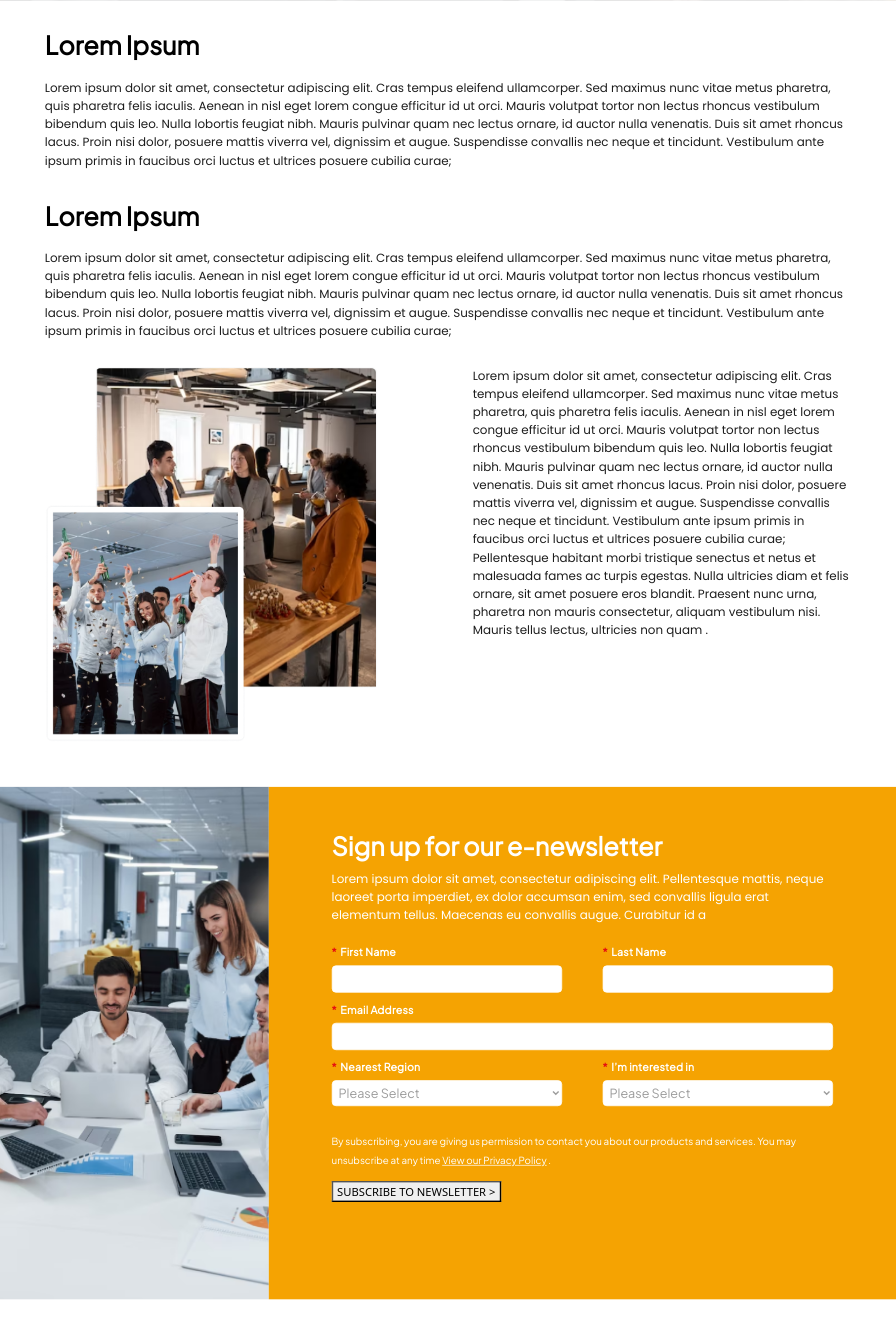
Repository: Akash8377/Hospitality-website
Page: /about-us
These files come from the project's save history. The page is drawn as it stood at one moment and after the next save; the edit follows.
The browser window is 1280 px wide. The pictures show the part of the page from y = 683 to 2603 px (the page is 2603 px tall), at 70% of full size.
Some web libraries are served in a nearby version. The project was rebuilt for these pictures with package versions that can differ from the ones it lists, and the page was loaded fresh each time. Also part of the build but not shown: src/Component/Partial/heading-cont.js, src/Component/Shared/about-us.js, src/Component/Shared/Banner.js, src/Component/Shared/popular-jobs.js, src/Component/Sliders/ServiceSlider.js, src/Component/Sliders/ReviewSlider.js, src/Component/Partial/index-banner.js, src/Component/Partial/index-buisness-banner.js and 2 more.

Above is the page before, as saved 2023-07-07 12:18:34.

### public/index.html
<!-- @format -->

<!DOCTYPE html>
<html lang="en">
  <head>
    <meta charset="utf-8" />
    <link rel="icon" href="%PUBLIC_URL%/favicon.ico" />
    <meta name="viewport" content="width=device-width, initial-scale=1" />
    <meta name="theme-color" content="#000000" />
    <meta
      name="description"
      content="Web site created using create-react-app"
    />
    <link rel="apple-touch-icon" href="%PUBLIC_URL%/logo192.png" />
    <link rel="manifest" href="%PUBLIC_URL%/manifest.json" />

    <link rel="preconnect" href="https://fonts.googleapis.com" />
    <link rel="preconnect" href="https://fonts.gstatic.com" crossorigin />
    <link href="https://fonts.googleapis.com/css2?family=Plus+Jakarta+Sans&family=Poppins&display=swap" rel="stylesheet">
    <title>React App</title>
  </head>
  <body>
    <noscript>You need to enable JavaScript to run this app.</noscript>
    <div id="root"></div>
  </body>
  <script src="https://kit.fontawesome.com/b533b351e4.js" crossorigin="anonymous"></script>
</html>

### src/index.css
/** @format */

body {
  margin: 0;
  padding: 0;
  font-family: -apple-system, BlinkMacSystemFont, "Segoe UI", "Roboto", "Oxygen",
    "Ubuntu", "Cantarell", "Fira Sans", "Droid Sans", "Helvetica Neue",
    sans-serif;
  -webkit-font-smoothing: antialiased;
  -moz-osx-font-smoothing: grayscale;
}

code {
  font-family: source-code-pro, Menlo, Monaco, Consolas, "Courier New",
    monospace;
}

### src/App.js
import React from 'react'
import {  BrowserRouter  , Route , Routes } from 'react-router-dom'
import HomePage from './Pages/HomePage'



// Css
import './Css/Navbar.css'
import './Css/Lap.css'
import AboutUs from './Pages/AboutUs'
const App = () => {
  return (
    <>
      <BrowserRouter>
        <Routes>
            <Route path='/' element={<HomePage />} />
            <Route path='/about-us' element={<AboutUs />} />
        </Routes>
      </BrowserRouter>
    </>
  )
}

export default App

### src/Css/Navbar.css
/** @format */

.Navbar {
  display: flex;
  justify-content: space-evenly;
  box-shadow: 0px 10px 30px 0px rgba(0, 0, 0, 0.25);
  background-color: #033c59;
  padding: 20px;
  align-items: center;
}
.Navbar .main {
  width: 15%;
  text-align: center;
}
.Navbar .main a {
  text-decoration: none;
  color: #fff;
  font-size: 20px;
  font-family: Plus Jakarta Sans;
  font-style: normal;
  font-weight: 400;
  line-height: 24px;
  letter-spacing: 1px;
  margin: 0;
}

.Navbar .main img {
  display: block;
  margin: auto;
  max-width: 100%;
}
.Navbar .main div {
  border-radius: 24px;
  border: 1px solid #f3f4f6;
  background: #eee;
  padding: 8px;
  display: flex;
  justify-content: space-between;
  padding-left: 10px;
  padding-right: 10px;
}
.Navbar .main div input {
  border: none;
  background-color: transparent;
  outline: none;
  color: #6b7280;
  font-size: 14px;
  font-family: Plus Jakarta Sans;
  font-style: normal;
  font-weight: 400;
  line-height: normal;
  width: 80%;
}
.Navbar .main button {
  border-radius: 8px;
  background: #f5a302;
  width: 120px;
  padding: 10px;
  color: #fff;
  text-align: center;
  font-size: 16px;
  font-family: Plus Jakarta Sans;
  font-style: normal;
  font-weight: 800;
  line-height: normal;
  outline: none;
  border: 1px solid #f5a302;
}

.Navbar .main a:focus{
    font-weight: 700;
}

### src/Css/Lap.css
/** @format */

/* Home Page Banner */
.Banner {
  min-height: 600px;
  max-height: 800px;
  width: 100%;
  background-image: url("../../public/Image/1.png");
  background-size: cover;
  background-repeat: no-repeat;
  position: relative;
}
.Banner h2 {
  color: #fff;
  text-align: center;
  font-size: 60px;
  font-family: Plus Jakarta Sans;
  font-style: normal;
  font-weight: 700;
  line-height: 90px;
}
.Banner p {
  color: rgba(255, 255, 255, 0.7);
  text-align: center;
  font-size: 17px;
  font-family: Plus Jakarta Sans;
  font-style: normal;
  font-weight: 400;
  line-height: 28px;
}

.Banner .two_button {
  display: flex;
  justify-content: center;
  gap: 20px;
}
.Banner .two_button button {
  border-radius: 10px;
  background: #033c59;
  border: 1px solid #033c59;
  box-shadow: 0px 0px 3px 0px rgba(60, 72, 88, 0.15);
  width: 457px;
  color: #fff;
  height: 92px;
  color: #fff;
  font-size: 28px;
  font-family: Plus Jakarta Sans;
  font-style: normal;
  font-weight: 700;
  line-height: normal;
  display: flex;
  justify-content: center;
  align-items: center;
  gap: 20px;
}

.Banner .Bottom_Button {
  border-radius: 10px;
  background: #f5a302;
  box-shadow: 0px 0px 3px 0px rgba(60, 72, 88, 0.15);
  color: #fff;
  text-align: center;
  font-size: 28px;
  font-family: Plus Jakarta Sans;
  font-style: normal;
  font-weight: 700;
  border: 1px solid #f5a302;
  height: 92px;
  width: 666px;
  display: flex;
  justify-content: center;
  align-items: center;
  gap: 20px;
  margin: auto;
  margin-top: 20px;
}

.Banner .content {
  position: absolute;
  top: 50%;
  left: 50%;
  transform: translate(-50%, -50%);
}

/* -------------------------- */

/* Home Page About us Section */
.Three_Div {
  display: flex;
  justify-content: space-evenly;
  gap: 20px;
  flex-wrap: wrap;
  margin-top: 2%;
  padding: 20px;
}
.Three_Div .Item {
  width: 357.126px;
}
.Three_Div .Item .upper {
  width: 100%;
  height: 381.393px;
  position: relative;
  background-image: url("../../public/Image/2.png");
}
.Three_Div .Item .upper .head {
  color: #fff;
  text-align: center;
  font-size: 36px;
  font-family: Plus Jakarta Sans;
  font-style: normal;
  font-weight: 600;
  max-width: 100%;
  width: 100%;
  margin: auto;
  position: absolute;
  bottom: 30px;
  left: 50%;
  transform: translate(-50%);
}
.Three_Div .Item .desc {
  color: #1d1d1d;
  text-align: center;
  font-size: 14px;
  font-family: Poppins;
  font-style: normal;
  font-weight: 400;
  line-height: normal;
  margin-top: 20px;
}
.Three_Div .Item button {
  border-radius: 6px;
  border: 1px solid #f5a302;
  background: #fef6e6;
  padding: 5px 21.02px 5px 21px;
  display: block;
  margin: auto;
  color: #f5a302;
  text-align: center;
  font-size: 15px;
  font-family: Plus Jakarta Sans;
  font-style: normal;
  font-weight: 600;
  line-height: 28px;
  letter-spacing: 0.375px;
}

/* Home Page Heading Container*/
.Center_Heading {
  margin-top: 5%;
}
.Center_Heading h5 {
  color: #161c2d;
  text-align: center;
  font-size: 36px;
  font-family: Plus Jakarta Sans;
  font-style: normal;
  font-weight: 600;
  line-height: 39px;
}
.Center_Heading .desc {
  color: #1d1d1d;
  text-align: center;
  font-size: 14px;
  font-family: Poppins;
  font-style: normal;
  font-weight: 400;
  line-height: normal;
  max-width: 600px;
  margin: auto;
}

/* Home Page Popular Jobs */
.Popular_Jobs {
  padding: 20px;
}
.Popular_Jobs table {
  table-layout: fixed;
  width: 90%;
  margin: auto;
  text-align: center;
}
.Popular_Jobs table tbody td .flex-cont {
  display: flex;
  gap: 5px;
  justify-content: center;
  align-items: center;
}

.Popular_Jobs table tbody tr {
  margin-top: 30px 0 !important;
  border-radius: 4px;
  background: rgba(255, 255, 255, 0);
  box-shadow: 0px 0px 3px 0px rgba(60, 72, 88, 0.15);
  border: 1px solid rgba(255, 255, 255, 0);
}
.Popular_Jobs table tbody tr td {
  padding: 10px;
}
.Popular_Jobs table tbody td .flex-cont p {
  color: #161c2d;
  font-size: 17px;
  font-family: Plus Jakarta Sans;
  font-style: normal;
  font-weight: 600;
  line-height: 28px;
  margin: 0;
}
.Popular_Jobs table tbody td .flex-cont button {
  border-radius: 6px;
  border: 1px solid #005479;
  background: #005479;
  color: #fff;
  text-align: center;
  font-size: 15px;
  font-family: Plus Jakarta Sans;
  font-style: normal;
  font-weight: 600;
  line-height: 28px;
  letter-spacing: 0.375px;
}
.Popular_Jobs table tbody td .flex-cont i {
  color: #005479;
  width: 40px;
  height: 40px;
  border: 1px solid #005479;
  text-align: center;
  border-radius: 100%;
  background-color: rgba(3, 0, 129, 0.05);
  padding: 10px;
}
.Popular_Jobs table tbody td .flex-vertical-cont {
  display: flex;
  flex-direction: column;
}
.Popular_Jobs table tbody td .flex-vertical-cont p {
  margin: 0;
  color: #161c2d;
  font-size: 15px;
  font-family: Plus Jakarta Sans;
  font-style: normal;
  font-weight: 700;
  line-height: 28px;
}
.Popular_Jobs table tbody td .flex-vertical-cont select {
  border-radius: 6px;
  border: 1px solid #777;
  background: #eee;
  width: 164px;
  margin: auto;
  outline: none;
  color: #777;
  font-size: 14px;
  font-family: Plus Jakarta Sans;
  font-style: normal;
  font-weight: 400;
  line-height: 20px;
}
.Popular_Jobs table tbody td .flex-vertical-cont div {
  display: flex;
  gap: 5px;
  align-items: center;
  justify-content: center;
}
.Popular_Jobs table tbody td .flex-vertical-cont div p {
  color: #94a3b8;
  font-size: 15px;
  font-family: Plus Jakarta Sans;
  font-style: normal;
  font-weight: 400;
  line-height: 28px;
}
.Popular_Jobs table tbody td .flex-vertical-cont div i {
  color: #94a3b8;
}

/* Home Page Service Slider */
.Service_Slider_Container {
  position: relative;
  margin-top: 20px;
}
.Service_Slider_Container .Service_Slider .Main {
  width: 421px !important;
  height: 506px !important;
  position: relative;
  display: block !important;
  margin: auto;
}
.Service_Slider_Container .Service_Slider .Main img {
  position: absolute;
  top: 0;
  bottom: 0;
  left: 0;
  right: 0;
  z-index: -1;
}
.Service_Slider_Container .slick-arrow {
  display: none !important;
}

.Service_Slider_Container .Service_Slider .Main .head {
  color: #fff;
  text-align: center;
  font-size: 36px;
  font-family: Plus Jakarta Sans;
  font-style: normal;
  font-weight: 600;
  line-height: 28px;
  position: absolute;
  top: 50%;
  left: 50%;
  transform: translate(-50%, -50%);
  width: 100%;
}
.Service_Slider_Container .Service_Slider .Main button {
  display: flex;
  gap: 10px;
  align-items: center;
  border-radius: 6px;
  border: 1px solid #fff;
  background: #fff;
  width: 148.49px;
  height: 37.865px;
  color: #000;
  text-align: center;
  font-size: 15px;
  font-family: Plus Jakarta Sans;
  font-style: normal;
  font-weight: 600;
  line-height: 28px;
  letter-spacing: 0.375px;
  position: absolute;
  top: 70%;
  left: 50%;
  transform: translate(-50%, -50%);
  text-align: center;
  justify-content: center;
}

/* Home Page Review Slider */
.Review_Slider_Container {
  position: relative;
  margin-top: 30px;
  margin-bottom: 20px;
}
.Review_Slider_Container .Review_Slider .Main {
  width: 357px !important;
  height: 466px !important;
  position: relative;
  display: block !important;
  margin: auto;
  background: #fff;
  box-shadow: 0px 20px 40px 10px rgba(159, 159, 159, 0.15),
    0px -10px 50px 0px rgba(0, 0, 0, 0.1);
  padding: 20px;
}

.Review_Slider_Container .slick-arrow {
  display: none !important;
}
.Review_Slider_Container .Review_Slider .Main .User_Profile {
  display: flex;
  justify-content: space-between;
  max-width: 90%;
  gap: 10px;
  align-items: center;
}

.Review_Slider_Container .Review_Slider .Main .User_Profile img {
  width: 73px;
  height: 73px;
  border-radius: 100%;
}
.Review_Slider_Container .Review_Slider .Main .User_Profile p {
  margin: 0;
}

.Review_Slider_Container .Review_Slider .Main .User_Profile div .head {
  color: #000;
  font-size: 22px;
  font-family: Plus Jakarta Sans;
  font-style: normal;
  font-weight: 700;
  line-height: 39px;
}
.Review_Slider_Container .Review_Slider .Main .User_Profile div .desc {
  color: #9c9c9c;
  font-size: 15px;
  font-family: Plus Jakarta Sans;
  font-style: normal;
  font-weight: 700;
  line-height: 39px;
}

.Review_Slider_Container .Review_Slider .Main .Reviews {
  display: flex;
  align-items: center;
  justify-content: space-between;
  margin-top: 10px;
}
.Review_Slider_Container .Review_Slider .Main .Reviews div {
  display: flex;
  gap: 5px;
}
.Review_Slider_Container .Review_Slider .Main .Reviews div i {
  color: #ffc107;
  font-size: 23px;
}

.Review_Slider_Container .Review_Slider .Main .Reviews p {
  margin: 0;
  color: #9c9c9c;
  font-size: 15px;
  font-family: Plus Jakarta Sans;
  font-style: normal;
  font-weight: 700;
  line-height: 39px;
}
.Review_Slider_Container .Review_Slider .Main .content {
  text-align: left;
  margin-top: 10px;
}
.Review_Slider_Container .Review_Slider .Main .content p {
  color: #000;
  font-size: 17px;
  font-family: Plus Jakarta Sans;
  font-style: normal;
  font-weight: 400;
  line-height: 28px;
}

/* Index Two Sec Banner */
.Index_Banner_Two_Sec {
  display: flex;
  width: 90%;
  margin: auto;
  align-items: stretch;
  margin-top: 2%;
  justify-content: center;
  height: 550px;
  max-width: 1200px;
  margin-bottom: 20px;
}
.Index_Banner_Two_Sec .left {
  width: 30%;
  display: flex;
  justify-content: flex-end;
}
.Index_Banner_Two_Sec .left img {
  width: auto;
  max-height: 100%;
}

.Index_Banner_Two_Sec .right {
  width: 70%;
  background-color: #f5a302;
  position: relative;
}
.Index_Banner_Two_Sec .right .content {
  position: absolute;
  top: 50%;
  left: 50%;
  transform: translate(-50%, -50%);
  width: 90%;
  margin: auto;
}
.Index_Banner_Two_Sec .right .content h5 {
  color: #fff;
  font-family: Plus Jakarta Sans;
  font-size: 36px;
  font-style: normal;
  font-weight: 600;
  line-height: 54px;
}
.Index_Banner_Two_Sec .right .content p {
  color: #fff;
  font-family: Plus Jakarta Sans;
  font-size: 17px;
  font-style: normal;
  line-height: 28px;
}
.Index_Banner_Two_Sec .right .content ul {
  list-style: none;
  padding-left: 0;
}
.Index_Banner_Two_Sec .right .content ul li {
  display: flex;
  gap: 10px;
  align-items: center;
}
.Index_Banner_Two_Sec .right .content ul li span {
  color: #fff;
  font-family: Plus Jakarta Sans;
  font-size: 15px;
  font-style: normal;
  font-weight: 400;
  line-height: 28px;
}

/* Index Buisness Banner */
.Index_Buisness_Banner {
  display: flex;
  justify-content: space-evenly;
  width: 90%;
  margin: auto;
  margin-top: 5%;
}
.Index_Buisness_Banner .left {
  width: 50%;
  padding: 20px;
}
.Index_Buisness_Banner .left h5 {
  color: #161c2d;
  font-family: Plus Jakarta Sans;
  font-size: 36px;
  font-style: normal;
  font-weight: 600;
  line-height: 39px;
}
.Index_Buisness_Banner .left p {
  color: #1d1d1d;
  font-family: Poppins;
  font-size: 14px;
  font-style: normal;
  font-weight: 400;
  line-height: normal;
  max-width: 60%;
}
.Index_Buisness_Banner .left .Two_Sec {
  display: flex;
  justify-content: space-between;
  flex-wrap: wrap;
}

.Index_Buisness_Banner .left .Two_Sec .Main {
  width: 49%;
  border-radius: 4px;
  background: #f8fafc;
  box-shadow: 0px 0px 3px 0px rgba(60, 72, 88, 0.15);
  padding: 20px;
  display: flex;
  align-items: flex-start;
  gap: 10px;
  margin-top: 20px;
}
.Index_Buisness_Banner .left .Two_Sec .Main div {
  display: flex;
  flex-direction: column;
  width: 60%;
}
.Index_Buisness_Banner .left .Two_Sec .Main div h6 {
  color: #161c2d;
  font-family: Plus Jakarta Sans;
  font-size: 16px;
  font-style: normal;
  font-weight: 600;
  line-height: 28px;
}

.Index_Buisness_Banner .left .Two_Sec .Main div p {
  color: #005479;
  font-family: Plus Jakarta Sans;
  font-size: 14px;
  font-style: normal;
  font-weight: 400;
  line-height: 20px;
  width: 100%;
}
.Index_Buisness_Banner .left .Last_Text {
  display: flex;
  gap: 10px;
  color: #94a3b8;
  text-align: center;
  font-family: Plus Jakarta Sans;
  font-size: 15px;
  font-style: normal;
  font-weight: 600;
  line-height: 28px;
  letter-spacing: 0.375px;
  align-items: center;

  margin: 0;
  margin-top: 10px;
}
.Index_Buisness_Banner .right {
  width: 30%;
}
.Index_Buisness_Banner .right img {
  max-width: 100%;
  display: block;
  margin: auto;
}

/* Footer  */
.Footer {
  background: #f5a302;
  margin-top: 5%;
  padding-bottom: 50px;
}
.Footer .Upper_Div {
  display: flex;
  width: 90%;
  margin: auto;
  justify-content: space-between;
  padding-top: 2%;
  align-items: center;
}
.Footer .Upper_Div div {
  width: 15%;
}
.Footer .Upper_Div div p {
  margin: 0;
  color: #fff;
  font-family: Plus Jakarta Sans;
  font-size: 20px;
  font-style: normal;
  font-weight: 800;
  line-height: normal;
}
.Footer .Upper_Div div button {
  color: #fff;
  text-align: center;
  font-family: Plus Jakarta Sans;
  font-size: 16px;
  font-style: normal;
  font-weight: 800;
  border-radius: 8px;
  background: #005479;
  border: 1px solid #005479;
  width: 100%;
  padding: 10px;
  line-height: normal;
}

.Footer .Down_Div {
  display: flex;
  justify-content: space-between;
  width: 90%;
  margin: auto;
  margin-top: 40px;
}

.Footer .Down_Div .left h5 {
  color: #fff;
  font-family: Plus Jakarta Sans;
  font-size: 26px;
  font-style: normal;
  font-weight: 700;
  line-height: 39px;
}
.Footer .Down_Div .left .two_sec {
  display: flex;
  align-items: center;
  gap: 10px;
  margin-top: 30px;
}
.Footer .Down_Div .left .two_sec p {
  margin: 0;
  color: #fff;
  font-family: Plus Jakarta Sans;
  font-size: 17px;
  font-style: normal;
  font-weight: 500;
  line-height: normal;
}
.Footer .Down_Div .left .two_sec i {
  color: #fff;
  font-size: 20px;
}

.Footer .Down_Div .left .copyRight {
  color: #fff;
  font-family: Plus Jakarta Sans;
  font-size: 20px;
  margin-top: 40px;
  font-style: normal;
  font-weight: 500;
  line-height: normal;
}

/* About Us Page */
.AboutUs {
  min-height: 600px;
  max-height: 800px;
  width: 100%;
  background-image: url("../../public/Image/11.png");
  background-size: cover;
  background-repeat: no-repeat;
  position: relative;
}
.AboutUs h2 {
  color: #fff;
  text-align: center;
  font-size: 36px;
  font-family: Plus Jakarta Sans;
  font-style: normal;
  font-weight: 700;
  line-height: 90px;
}
.AboutUs p {
  color: rgba(255, 255, 255, 0.7);
  text-align: center;
  font-size: 14px;
  font-family: Plus Jakarta Sans;
  font-style: normal;
  font-weight: 400;
  line-height: 28px;
}

.AboutUs .content {
  position: absolute;
  top: 60%;
  left: 50%;
  transform: translate(-50%, -50%);
}

.About_Us-Content {
  width: 90%;
  margin: auto;
  margin-top: 3%;
}
.About_Us-Content h5 {
  color: #000;
  font-family: Plus Jakarta Sans;
  font-size: 36px;
  font-style: normal;
  font-weight: 600;
  line-height: 54px;
}
.About_Us-Content p {
  color: #1d1d1d;
  font-family: Poppins;
  font-size: 17px;
  font-style: normal;
  font-weight: 400;
  line-height: normal;
  margin-top: 20px;
}

.About_Us-two_Sec {
  display: flex;
  width: 90%;
  margin: auto;
  justify-content: space-between;
  margin-top: 3%;
}
.About_Us-two_Sec .right {
  width: 70%;
  text-align: left;
  display: flex;
  justify-content: flex-end;
}
.About_Us-two_Sec .right p {
  max-width: 80%;
  color: #1d1d1d;
  font-family: Poppins;
  font-size: 17px;
  font-style: normal;
  font-weight: 400;
  line-height: normal;
}

.About-Us_Newsletter {
  display: flex;
  align-items: stretch;
  max-height: 900px;
  margin-top: 5%;
  margin-bottom: 5%;
}
.About-Us_Newsletter .left {
  width: 30%;
}
.About-Us_Newsletter .left img {
  height: 100%;
  width: 100%;
}

.About-Us_Newsletter .right {
  background: #f5a302;
  width: 70%;
  padding-top: 5%;
}
.About-Us_Newsletter .right .content {
  width: 80%;
  margin: auto;
}
.About-Us_Newsletter .right .content h5 {
  color: #fff;
  font-family: Plus Jakarta Sans;
  font-size: 36px;
  font-style: normal;
  font-weight: 700;
  line-height: 39px;
}
.About-Us_Newsletter .right .content .desc {
  color: #fff;
  font-family: Poppins;
  font-size: 17px;
  font-style: normal;
  font-weight: 400;
  line-height: normal;
  margin-top: 2%;
}
.About-Us_Newsletter .right .content form {
  margin-top: 2%;
}
.About-Us_Newsletter .right .content form .Two_Inputs {
  display: flex;
  gap: 20px;
  justify-content: space-between;
  align-items: center;
}
.About-Us_Newsletter .right .content form .Two_Inputs div {
  width: 46%;
  display: flex;
  flex-direction: column;
  gap: 5px;
  margin-top: 10px;
}
.About-Us_Newsletter .right .content form .Two_Inputs div label {
  color: #fff;
  font-family: Plus Jakarta Sans;
  font-size: 15px;
  font-style: normal;
  font-weight: 700;
  line-height: 28px;
  letter-spacing: 0.375px;
  display: flex;
  gap: 5px;
}
.About-Us_Newsletter .right .content form .Two_Inputs div label span {
  color: #e51111;
}
.About-Us_Newsletter .right .content form .Two_Inputs div input {
  border-radius: 6px;
  border: 1px solid #fff;
  background: #fff;
  width: 100%;
  padding: 5px;
  outline: none;
  font-family: Plus Jakarta Sans;
  font-size: 18px;
  font-style: normal;
}
.About-Us_Newsletter .right .content form .Single_Input {
  margin-top: 10px;
}
.About-Us_Newsletter .right .content form .Single_Input div {
  width: 100%;
  display: flex;
  flex-direction: column;
  gap: 5px;
}
.About-Us_Newsletter .right .content form .Single_Input div label {
  color: #fff;
  font-family: Plus Jakarta Sans;
  font-size: 15px;
  font-style: normal;
  font-weight: 700;
  line-height: 28px;
  letter-spacing: 0.375px;
  display: flex;
  gap: 5px;
}
.About-Us_Newsletter .right .content form .Single_Input div input {
  border-radius: 6px;
  border: 1px solid #fff;
  background: #fff;
  width: 100%;
  padding: 5px;
  outline: none;
  font-family: Plus Jakarta Sans;
  font-size: 18px;
  font-style: normal;
}
.About-Us_Newsletter .right .content form .Single_Input div label span {
  color: #e51111;
}
.About-Us_Newsletter .right .content form .Two_Inputs div select {
  border-radius: 6px;
  border: 1px solid #fff;
  background: #fff;
  width: 100%;
  padding: 5px;
  outline: none;
  font-family: Plus Jakarta Sans;
  font-size: 18px;
  font-style: normal;
  color: #9c9c9c;
}

.About-Us_Newsletter .right .content .Policy {
  color: #fff;
  font-family: Plus Jakarta Sans;
  font-size: 14px;
  font-style: normal;
  font-weight: 400;
  line-height: 28px;
  margin-top: 5%;
}
.About-Us_Newsletter .right .content .Policy span {
  text-decoration: underline;
}
.About-Us_Newsletter .right .content .NewsLetter_Button{

}

### src/Pages/AboutUs.js
/** @format */

import React from "react";
import Navbar from "../Component/Navbar/Navbar";
import Banner from "../Component/Partial/About Us Component/Banner";
import ContentDescription from "../Component/Partial/About Us Component/content-description";
import Newsletter from "../Component/Partial/About Us Component/Newsletter";
import TwoSection from "../Component/Partial/About Us Component/two-section";

const AboutUs = () => {
  return (
    <>
      <Navbar />
      <Banner />
      <ContentDescription />
      <ContentDescription />
      <TwoSection />
      <Newsletter />
    </>
  );
};

export default AboutUs;

Loaded but not shown: src/index.js (common file); src/Component/Partial/About Us Component/Newsletter.js (77 lines, source omitted); src/Component/Partial/About Us Component/two-section.js (33 lines, source omitted); src/Component/Partial/About Us Component/Banner.js (18 lines, source omitted); src/Component/Navbar/Navbar.js (45 lines, source omitted); src/Component/Partial/About Us Component/content-description.js (12 lines, source omitted)

After the next save:
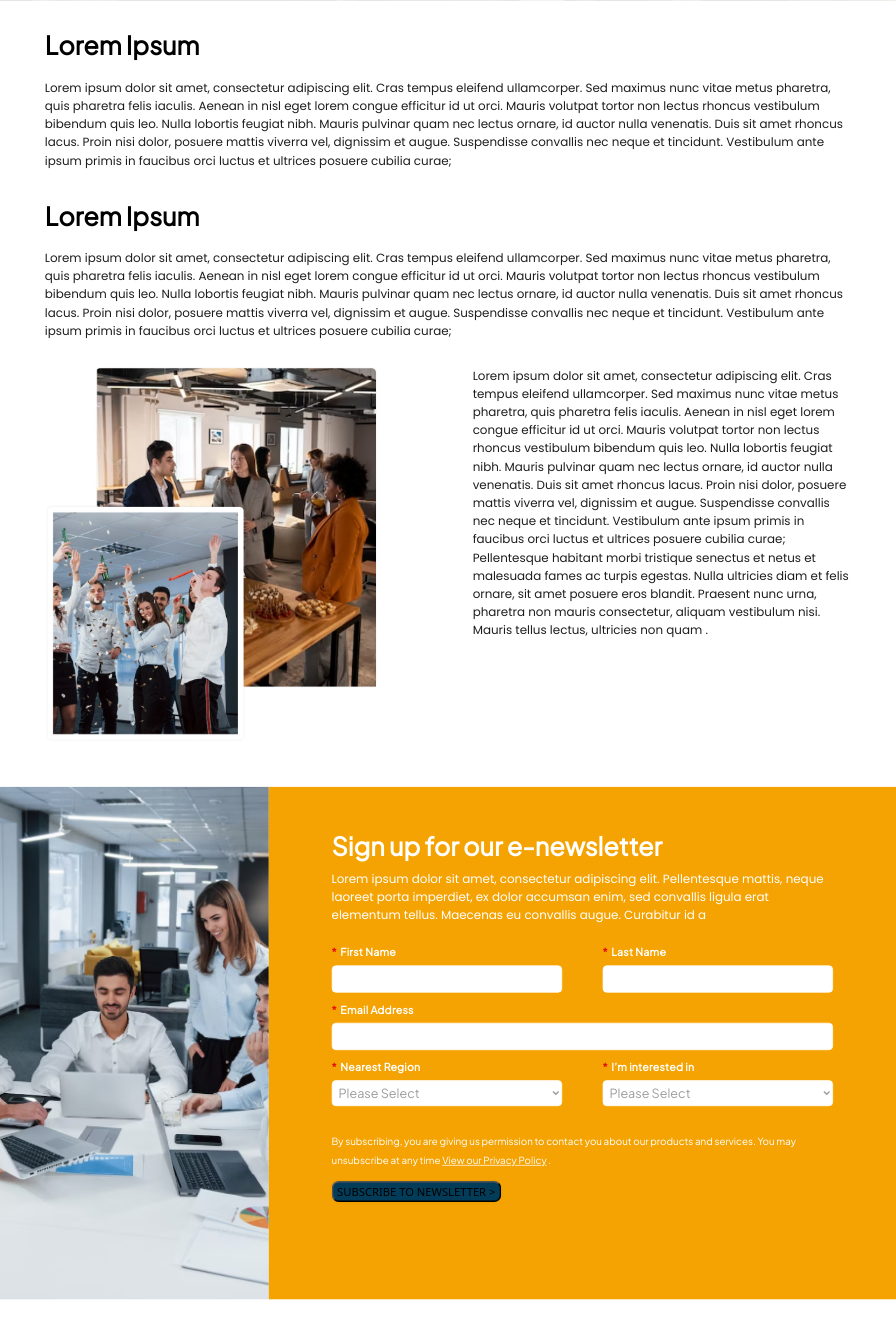
Saved 4 s later.
--- a/src/Css/Lap.css
+++ b/src/Css/Lap.css
@@ -901,5 +901,7 @@
   text-decoration: underline;
 }
 .About-Us_Newsletter .right .content .NewsLetter_Button{
-
-}
+  border-radius: 10px;
+background: #033C59;
+box-shadow: 0px 0px 3px 0px rgba(60, 72, 88, 0.15);
+}
